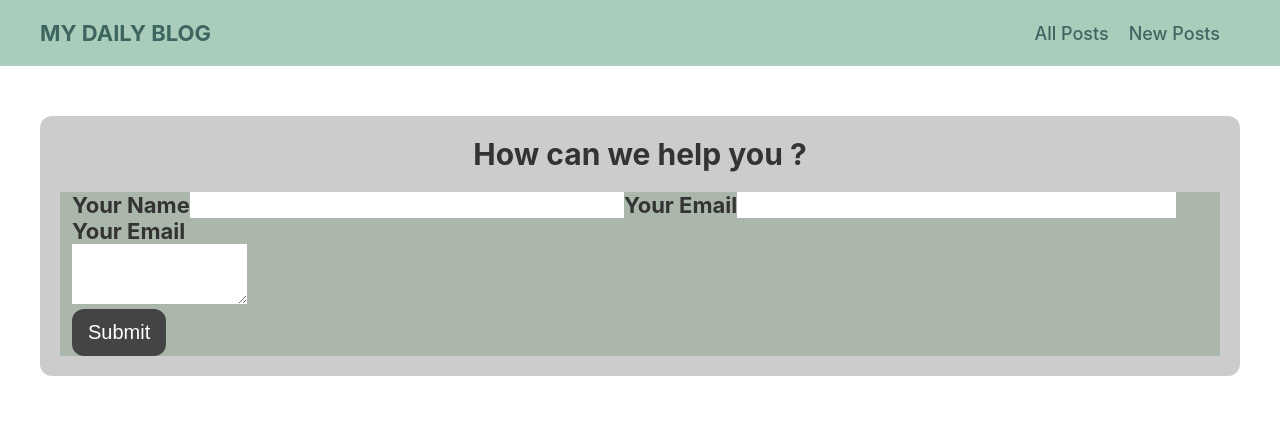
Repository: lyvandat/post-project-nextjs
Page: /new-post
The author's editor kept a copy of each file at every save. The page is drawn from the files as they stood at one save, then again after the next save.
The browser window is 1280 px wide. The pictures show the whole page.
The project was rebuilt for these pictures with package versions that can differ from the ones it lists, and the page was loaded fresh each time. The framework's server and built-in components were replaced by stand-ins that run in the browser. Also part of the build but not shown: next.config.js.

Above is the page before, as saved 2022-09-26 18:38:05.

### pages/_app.tsx
import "../styles/globals.css";
import type { AppProps } from "next/app";
import Layout from "../components/layout/Layout";

function MyApp({ Component, pageProps }: AppProps) {
  return (
    <Layout>
      <Component {...pageProps} />
    </Layout>
  );
}

export default MyApp;

### pages/new-post.tsx
import NewPost from "../components/posts/NewPost";
const NewPostPage: React.FC = (props) => {
  return <NewPost />;
};

export default NewPostPage;

### styles/globals.css
:root {
  --background-green: #aacdbb;
  --light-green: #abb7ab;
  --medium-green: #8b9874;
  --high-green: #3e6660;
}

html,
body {
  color: var(--medium-green);
  padding: 0;
  margin: 0;
  font-family: -apple-system, BlinkMacSystemFont, Segoe UI, Roboto, Oxygen,
    Ubuntu, Cantarell, Fira Sans, Droid Sans, Helvetica Neue, sans-serif;
}

html {
  font-size: 62.5%;
}

body {
  font-size: 1.6rem;
}

a {
  color: inherit;
  text-decoration: none;
}

* {
  box-sizing: border-box;
  margin: 0;
  border: 0;
  padding: 0;
}

ul {
  padding-left: 0;
  list-style: none;
}

button {
  outline: none;
}

img {
  display: block;
  max-width: 100%;
}

.container {
  max-width: 1200px;
  width: 100%;
  margin-left: auto;
  margin-right: auto;
}

.container > h2 {
  text-align: center;
  color: white;
  opacity: 0.66;
  margin-bottom: 40px;
  margin-top: 10px;
  padding-top: 30px;
  font-size: 2.8rem;
  font-weight: 600;
  text-transform: capitalize;
}

.padding-section {
  padding-top: 50px;
  padding-bottom: 30px;
}

### components/layout/Layout.tsx
import React from "react";
import classes from "./Layout.module.css";
import MainNavigation from "./MainNavigation";

const Layout: React.FC<{ children: React.ReactNode }> = (props) => {
  return (
    <React.Fragment>
      <MainNavigation></MainNavigation>
      <main className={classes.main}>{props.children}</main>
    </React.Fragment>
  );
};

export default Layout;

### components/posts/NewPost.tsx
import classes from "./NewPost.module.css";

const NewPost: React.FC = (props) => {
  return (
    <section className={`${classes.contact} container`}>
      <h1> How can we help you ?</h1>
      <form className={classes.form}>
        <div className={classes.controls}>
          <div className={classes.control}>
            <label htmlFor="name">Your Name</label>
            <input id="name" type="text"></input>
          </div>
          <div className={classes.control}>
            <label htmlFor="email">Your Email</label>
            <input id="email" type="text"></input>
          </div>
        </div>
        <div className={classes.text}>
          <label htmlFor="feedback">Your Email</label>
          <textarea id="feedback" rows={4}></textarea>
        </div>
        <div className={classes.actions}>
          <button type="submit">Submit</button>
        </div>
      </form>
    </section>
  );
};

export default NewPost;

### components/layout/Layout.module.css
.main {
  width: 100%;
  margin-left: auto;
  margin-right: auto;
}

### components/layout/MainNavigation.tsx
import classes from "./MainNavigation.module.css";
import Link from "next/link";

const MainNavigation: React.FC = (props) => {
  return (
    <header className={classes["main-header"]}>
      <div className={classes.container}>
        <Link href="/">
          <a>
            <h2>My Daily Blog</h2>
          </a>
        </Link>
        <nav>
          <ul>
            <li>
              <Link href="/all-posts">All Posts</Link>
            </li>
            <li>
              <Link href="/new-post">New Posts</Link>
            </li>
          </ul>
        </nav>
      </div>
    </header>
  );
};

export default MainNavigation;

### components/posts/NewPost.module.css
.contact {
  background-color: #ccc;
  border-radius: 12px;
  padding: 20px;
  color: #333;
  font-size: 2.2rem;
  font-weight: bold;
  margin-top: 50px;
}

.contact h1 {
  font-size: 3rem;
  text-align: center;
  margin-bottom: 20px;
}

.form {
  padding: 0 12px;
  background-color: var(--light-green);
}

.controls {
  display: flex;
  flex-flow: row nowrap;
}

.control {
  width: calc(50% - 16px);
  display: flex;
}

.control input {
  flex: 1;
}

.text label {
  display: block;
}

.actions {
  margin-left: auto;
}

.actions button {
  font-size: 2rem;
  background-color: #444;
  color: #fff;
  padding: 12px 16px;
  border-radius: 12px;
}

.actions button:hover {
  background-color: #222;
}

### components/layout/MainNavigation.module.css
.main-header {
  background-color: var(--background-green);
  padding: 20px;
}

.container {
  color: var(--high-green);
  width: 100%;
  max-width: 1200px;
  display: flex;
  justify-content: space-between;
  align-items: center;
  margin: 0 auto;
}

.container h2 {
  font-size: 22px;
  font-weight: 700;
  text-transform: uppercase;
}

.container nav {
}

.container ul {
  display: flex;
  justify-content: flex-start;
}

.container li {
  margin-right: 20px;
}

.container a {
  font-weight: 600;
  font-size: 18px;
  font-weight: 500;
}

After the next save:
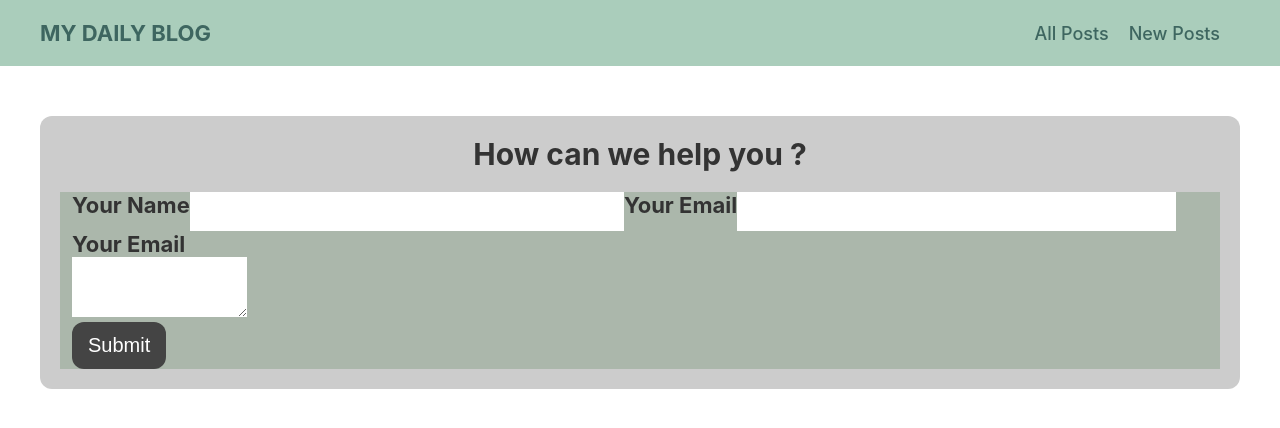
Saved 10 s later.
--- a/components/posts/NewPost.module.css
+++ b/components/posts/NewPost.module.css
@@ -31,6 +31,7 @@
 
 .control input {
   flex: 1;
+  padding: 12px;
 }
 
 .text label {
